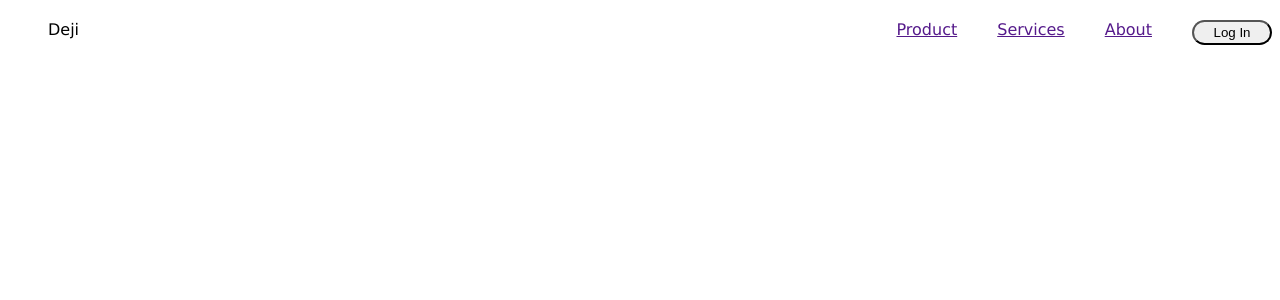
Repository: imokha01/Flexbox-and-Position-Example
Page: index.html
An editor plug-in stored every save of this project. The page is shown before and after a run of saves, followed by the edit.
The browser window is 1280 px wide. The pictures show the whole page.

Above is the page before, as saved 2023-11-21 15:40:03.

After the next 3 saves:
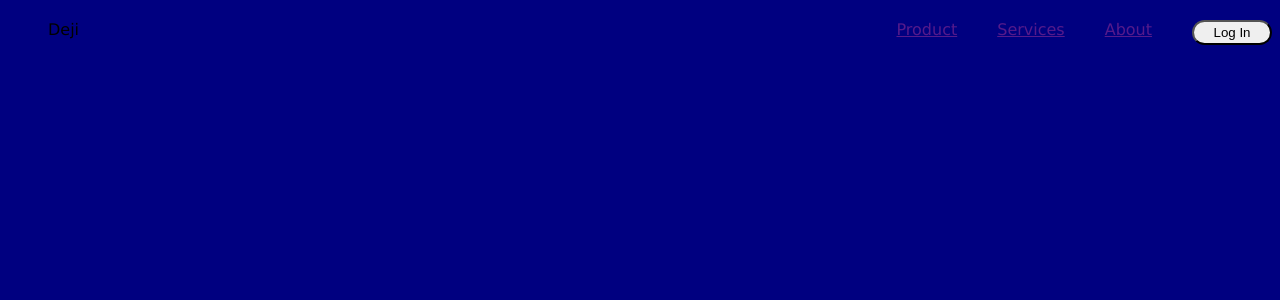
The 3 saves are shown as one change because they came seconds apart.
The last was saved 11 s later.
--- a/index.css
+++ b/index.css
@@ -1,5 +1,5 @@
 body {
-    background-color: neon;
+    background-color: navy;
 }
 nav {
     display: flex;
